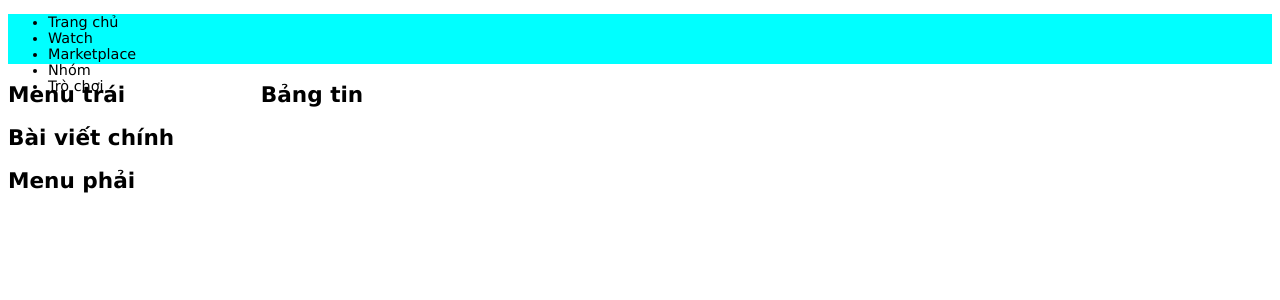
Repository: congle98/CSS_LayoutFacebookCoBan
Page: index.html
The author's editor kept a copy of each file at every save. The page is drawn from the files as they stood at one save, then again after a run of saves.
The browser window is 1280 px wide. The pictures show the whole page.

Above is the page before, as saved 2021-05-26 15:28:42.

### index.html
<!DOCTYPE html>
<html lang="en">
<head>
    <meta charset="UTF-8">
    <meta http-equiv="X-UA-Compatible" content="IE=edge">
    <meta name="viewport" content="width=device-width, initial-scale=1.0">
    <title>Document</title>
    <style>
        body {
            font-family: Verdana,sans-serif;
            font-size: 0.9em;
        }
        header{
            background-color: cyan;
            width: 100%;
            height: 50px;

        }
        #sidebar-left{
            width: 20%;
            float: left;
            background-color: ;
        }

    </style>
</head>
<body>
    <header>
        <nav>
            <ul>
                <li>Trang chủ</li>
                <li>Watch</li>
                <li>Marketplace</li>
                <li>Nhóm</li>
                <li>Trò chơi</li>
            </ul>
        </nav>
    </header>
    <div id="sidebar-left">
        <h2>Menu trái</h2>
    </div>
    <section>
        <article>
            <h2>Bảng tin</h2>
        </article>
        <article>
            <h2>Bài viết chính</h2>
        </article>
    </section>
    <div id="sidebar-right">
        <h2>Menu phải</h2>
    </div>
</body>
</html>

After the next 2 saves:
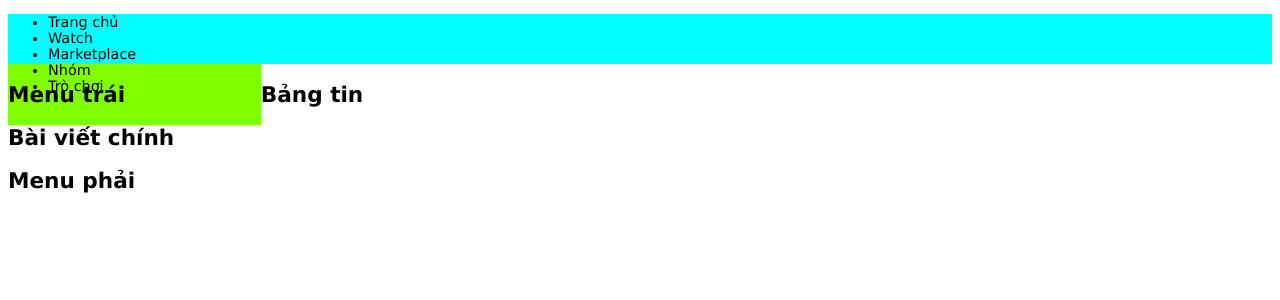
The 2 saves are shown as one change because they came seconds apart.
The last was saved 7 s later.
--- a/index.html
+++ b/index.html
@@ -19,8 +19,9 @@
         #sidebar-left{
             width: 20%;
             float: left;
-            background-color: ;
+            background-color: chartreuse;
         }
+
 
     </style>
 </head>
